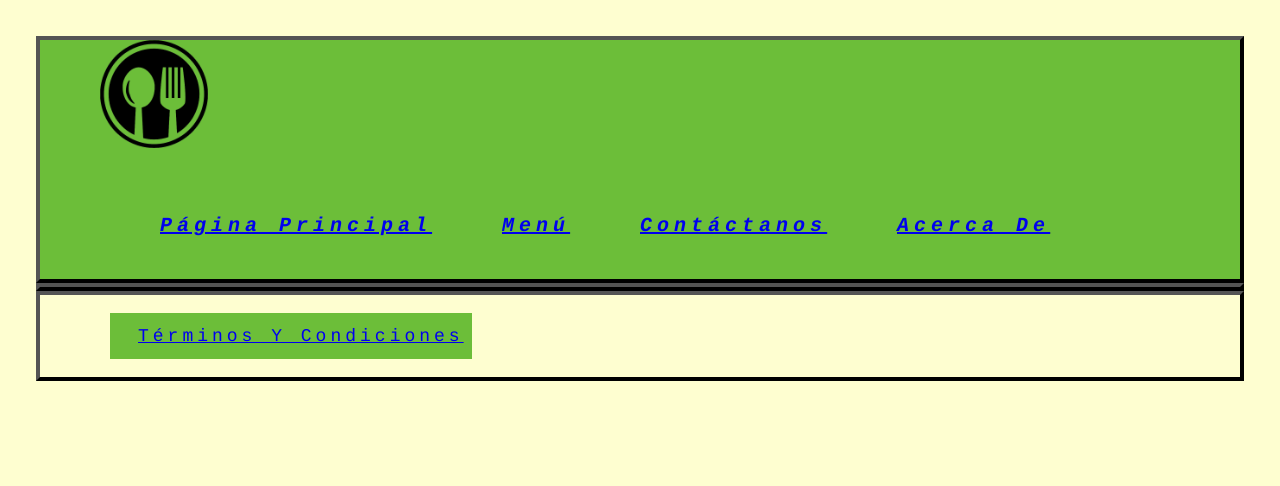
Repository: UVMCoyoacan/eq06_sitio1
Page: Carpeta docs/contactos.html
The author's editor kept a copy of each file at every save. The page is drawn from the files as they stood at one save, then again after the next save.
The browser window is 1280 px wide. The pictures show the whole page.

Above is the page before, as saved 2024-04-13 23:37:19.

### Carpeta docs/contactos.html
<!DOCTYPE html>
<html>
    <head>
        <link rel="stylesheet" href="../Carpeta estilos/estilo1.css"/>
        <meta charset="utf-8" />
    </head>
    <body>
        <header id="parte_inicial" role="banner">
            <div class="encabezado" style="display: flex;   flex-wrap: wrap;">
                    <div style="flex-wrap:wrap ;">
                    <img width="108" height="108" src="../Carpeta ims/tres.png" >
                    </div>
            <div style="display: flex;   flex-wrap: wrap;">
            <ul >
                <li><a href="../index.html">Página principal</a></li>
                <li><a href="./menu.html">Menú</a></li>
                <li><a href="#">Contáctanos</a></li>
                <li style="float:right"><a class="active" href="../Carpeta docs/acercade.html">Acerca de</a></li>
            </ul>
        </div>
            </div>
        </header>
        <div style="border-style: outset; border-color: #000000; border-width: .4ch;">
            <footer >
                <div style="display: flex; flex-wrap: wrap;">


                </div>
            </footer>
        </div>
        <div style="border-style: outset; border-color: #000000; border-width: .4ch;">
            <footer >
                <div style="display: flex; flex-wrap: wrap;">
                    <ul><a href="./Carpeta docs/terminos.html">Términos y condiciones</a></ul>

                </div>
            </footer>
        </div>
    </body>
    <script src="../Carpeta js/js1.js">
    </script>
</html>

### Carpeta estilos/estilo1.css
body{
  background-color:#fefec0be;
  font-size:20px;
  font-family:Courier;
  font-weight:bold;
  font-style:normal;
  line-height:30px;
  letter-spacing:5px;
  padding: 28px;
  text-transform:capitalize;
  text-align:left;
  text-indent:30px;

}
header{
  background-color:#6cbe39;
  font-size:20px;
  font-family:Courier;
  font-weight:bold;
  font-style:italic;
  line-height:60px;
  letter-spacing:5px;
  text-transform:capitalize;
  text-align:left;
  text-indent:60px;
  border-style: outset;
  border-color: #000000;
  border-width: .4ch;

}
li {
  display: inline;
  float: left;
  background-color:#6cbe39;
  font-size:20px;
  font-family:Courier;
  font-weight:bold;
  font-style:oblique;
  line-height:30px;
  letter-spacing:5px;
  text-decoration:underline;
  text-transform:capitalize;
  text-align:left;
  text-indent:30px;
  border-style:inherit;
  border-color: #303130;
  padding: 12px;
}


a {
  display: block;
  padding: 8px;
  background-color:#6cbe39;
}
.active {
  background-color:transparent;

}

#titulo{
  text-decoration: overline underline;
  font-size:30px;
  font-style:oblique;

}

p{

    font-size: 30px;
    font-family: Courier;
    font-weight: bold;
    font-style:italic;
    line-height: 30px;
    letter-spacing: 5px;
    text-transform: capitalize;
    text-align: left;
    text-indent: 30px;
    margin-left: auto;
    color: #2e2e2e;
      background-color: #ffffff;


    }

  ol{

      font-size: 20px;
      font-family: Courier;
      font-weight:200;
      font-style: normal;
      line-height: 30px;
      letter-spacing: 5px;
      text-transform: capitalize;
      text-align: left;
      text-indent: 30px;
      color: #2e2e2e;
      padding-left: 40px;
    }
    h1{
      font-size: 30px;
      font-family: Courier;
      font-weight: bold;
      font-style:italic;
      line-height: 30px;
      letter-spacing: 5px;
      text-transform: capitalize;
      text-align: left;
      text-indent: 30px;
      margin-left: auto;
      color: #2e2e2e;
        background-color: #b3e64c;
    }
    h2 {
      font-size: 30px;
      font-family: Arial, sans-serif;
      font-weight: bold;
      font-style: normal;
      line-height: 1.5;
      letter-spacing: 1px;
      text-transform: uppercase;
      text-align: center;
      color: #333333;
      margin-top: 20px;
      margin-bottom: 20px;
    }
    ul{
      font-size: 18px;
      font-family: Courier;
      font-weight:200;
      font-style:initial;
      line-height: 30px;
      letter-spacing: 4px;
      text-transform: capitalize;
      text-align: left;
      text-indent: 20px;
      color: #000000;
      padding-left: 70px;
      padding-right: 70px;

    }

  h3{
    font-size: 30px;
    font-family: Courier;
    font-weight: bold;
    font-style:italic;
    line-height: 30px;
    letter-spacing: 5px;
    text-transform: capitalize;
    text-align: left;
    text-indent: 30px;
    margin-left: auto;
    color: #2e2e2e;
      background-color: #b3e64c;
  }
  h4 {
    font-size: 30px;
    font-family: Arial, sans-serif;
    font-weight: bold;
    font-style: normal;
    line-height: 1.5;
    letter-spacing: 1px;
    text-transform: uppercase;
    text-align: center;
    color: #333333;
    margin-top: 20px;
    margin-bottom: 20px;
  }
  @keyframes bounce {
    0% { transform: translateY(0); }
    50% { transform: translateY(-40px); }
    100% { transform: translateY(0); }
  }

  .bounce {
    animation: bounce 1.0s infinite;
  }

  .slider-section img{
    width: 500px;
    height: 100%;
    object-fit: cover;
    border-radius:  15px;
  }

  .container-carrousel{
    position: relative;
    width: 500px;
    height: 300px;
    background-color: #e0e0e0;
    border-radius: 15px;
    overflow: hidden;
   justify-content: center;

  }

  .carruseles{
    width: 400%;
    height: 100%;
    display: flex;
    border: solid thin red;
  }

  .slider-section{
    width: calc(100%/4);
    height: 100%;

  }

  .btn-left, .btn-right{
    display: flex;
    position: absolute;
    top: 50%;
    font-size: 1.5rem;
    background-color: transparent;
    border-radius: 5px;
    padding: 5px;
    font-weight: 600;
    cursor: pointer;
    color: #ffffff81;
    transform: translate(0,-50%);
    transition: .5s ease;
    user-select: none;
  }

  .btn-left:hover,.btn-right:hover{
    background-color: #333333d4;
    color: #fff ;
  }
  .btn-left{
    left: 10px;
  }
  .btn-right{
    right: 10px;
  }

### Carpeta js/js1.js
function redirigirIndex() {
    window.location.href = '../index.html';
}

After the next save:
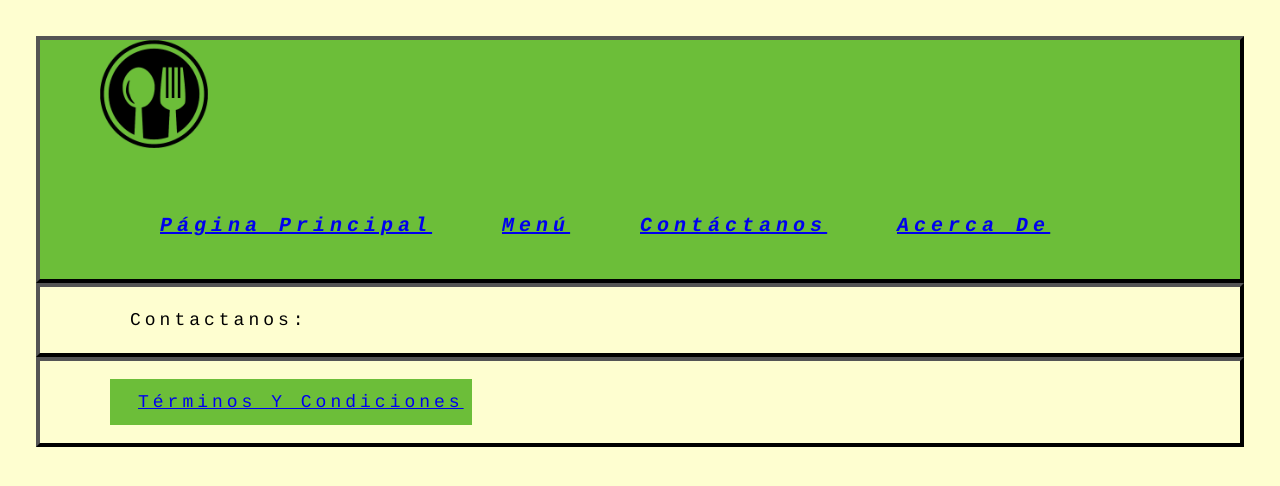
Saved 60 s later.
--- a/Carpeta docs/contactos.html
+++ b/Carpeta docs/contactos.html
@@ -23,6 +23,7 @@
         <div style="border-style: outset; border-color: #000000; border-width: .4ch;">
             <footer >
                 <div style="display: flex; flex-wrap: wrap;">
+                    <ul> Contactanos:</ul>
 
 
                 </div>
